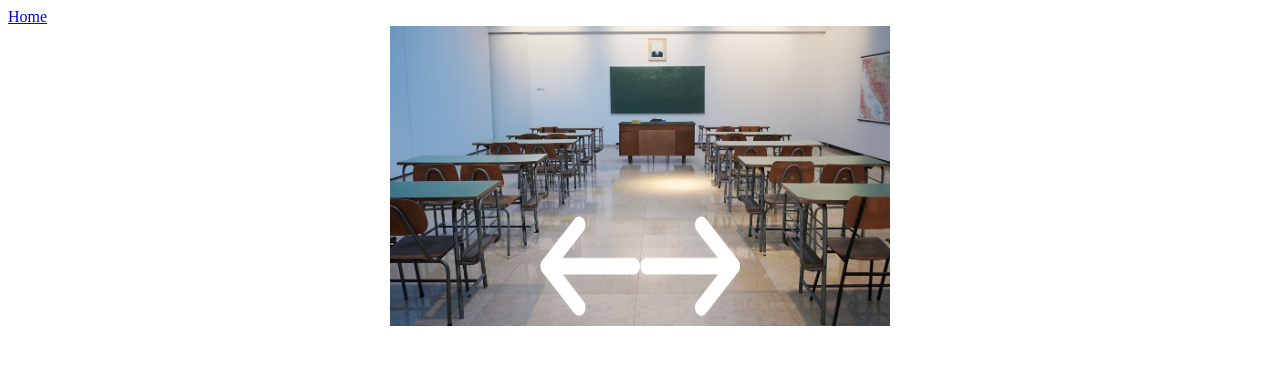
Repository: jjennbui/class8
Page: /carouselPage
These files come from the project's save history. The page is drawn as it stood at one moment and after a run of saves; the edit follows.
The browser window is 1280 px wide. The pictures show the whole page.
The project was rebuilt for these pictures with package versions that can differ from the ones it lists, and the page was loaded fresh each time. The framework's server and built-in components were replaced by stand-ins that run in the browser. Also part of the build but not shown: next.config.js.

Above is the page before, as saved 2023-02-20 18:26:20.

After the next 2 saves:
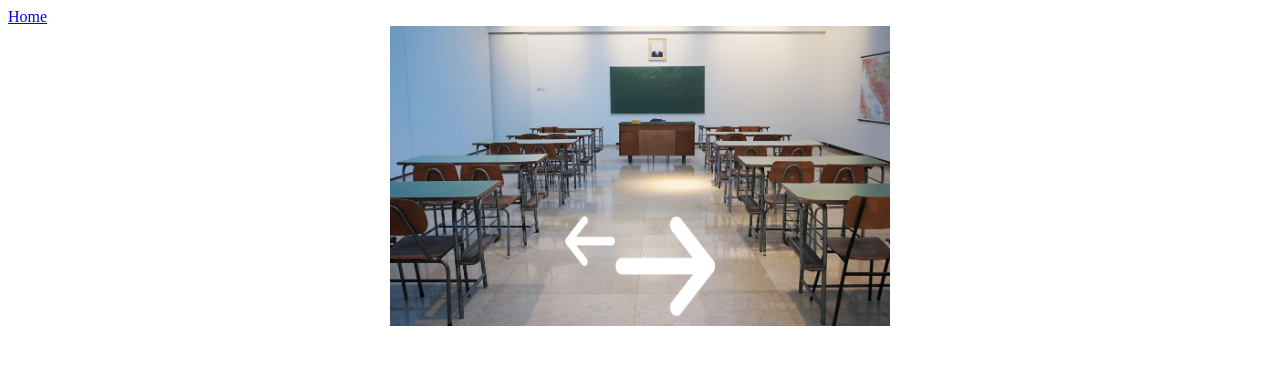
The 2 saves are shown as one change because they came seconds apart.
The last was saved 11 s later.
--- a/components/carousel/index.js
+++ b/components/carousel/index.js
@@ -40,8 +40,8 @@ export default function Carousel() {
                 <Image
                     src={"/icons/leftArrow.png"}
                     alt={"/icons/leftArrow.png"}
-                    width={100}
-                    height={100}
+                    width={50}
+                    height={50}
                     onClick={() => changeImage("backward")}
                 />
 
